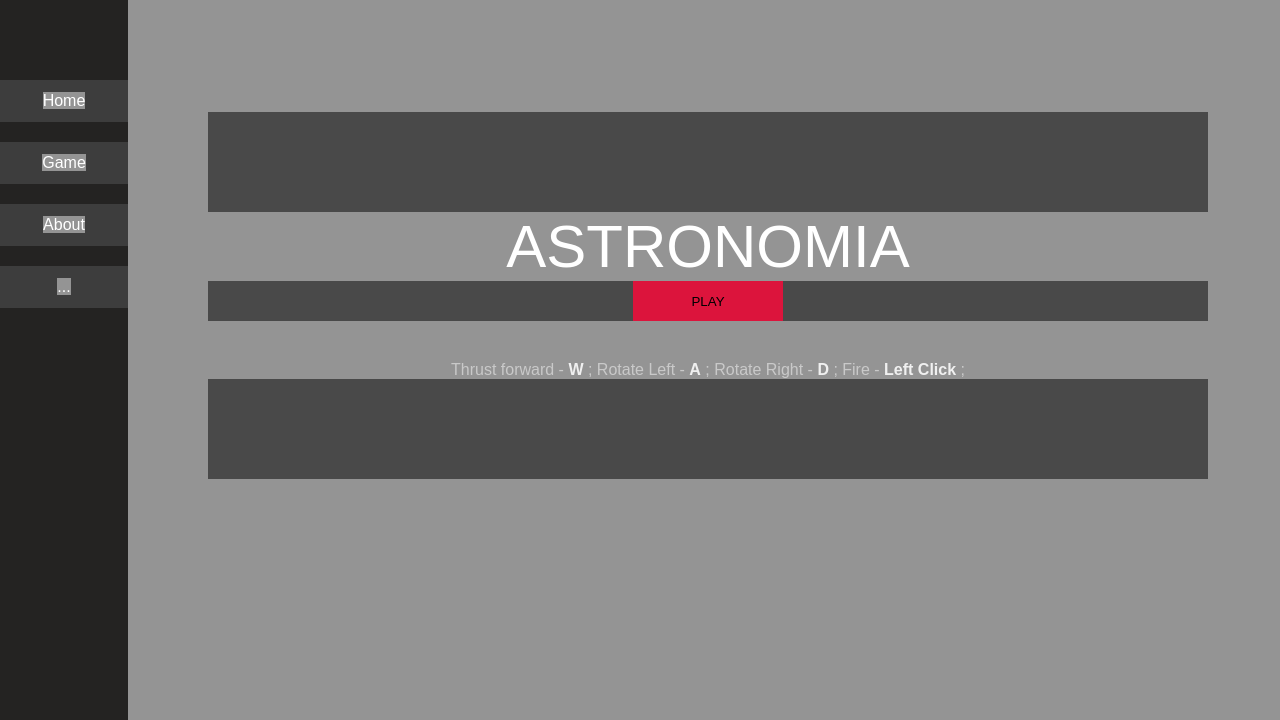
Repository: LaukiniXs/astronomia
Page: index.html
An editor plug-in stored every save of this project. The page is shown before and after a run of saves, followed by the edit.
The browser window is 1280 px wide. The pictures show the whole page.

Above is the page before, as saved 2020-05-18 14:31:05.
Not found: index.ts

After the next 2 saves:
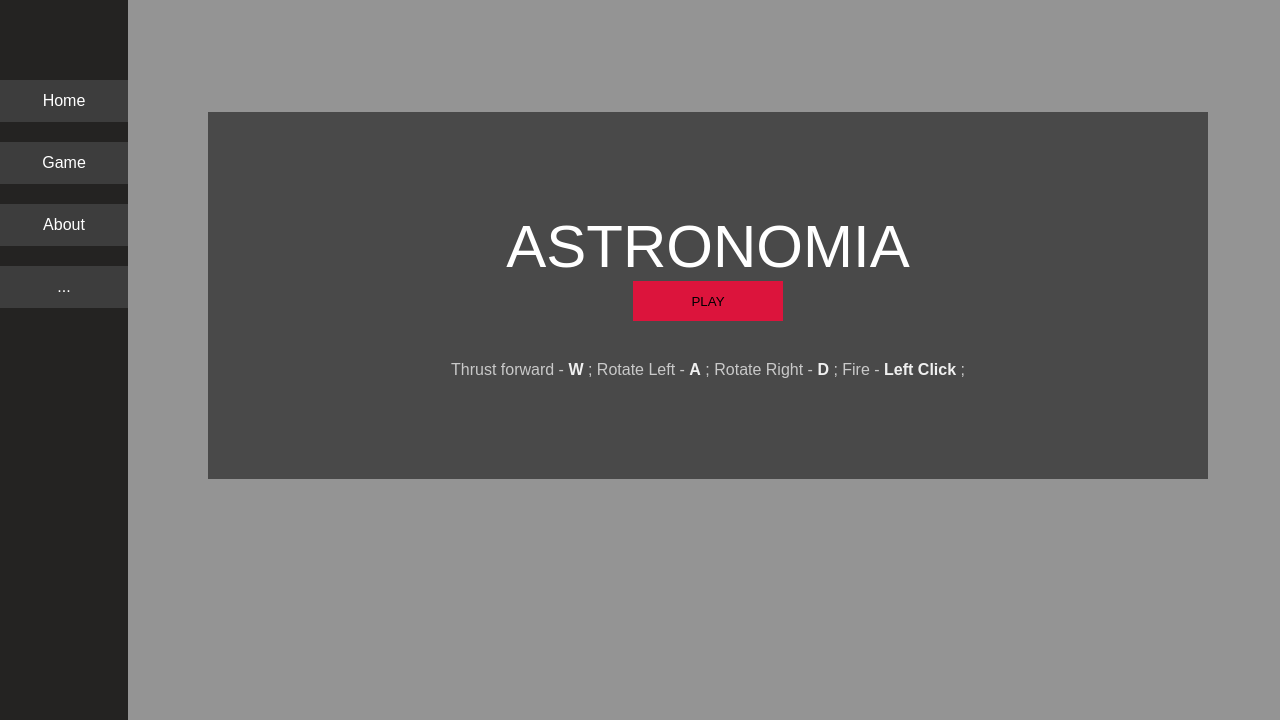
The 2 saves are shown as one change because they came seconds apart.
The last was saved 30 s later.
--- a/style.css
+++ b/style.css
@@ -1,8 +1,10 @@
 * {
-    background-color:  #949494;
     margin: 0px;
     padding: 0px;
     font-family: Arial, Helvetica, sans-serif;
+}
+body{
+  background-color:  #949494;
 }
 #sidebar {
     float: left;
